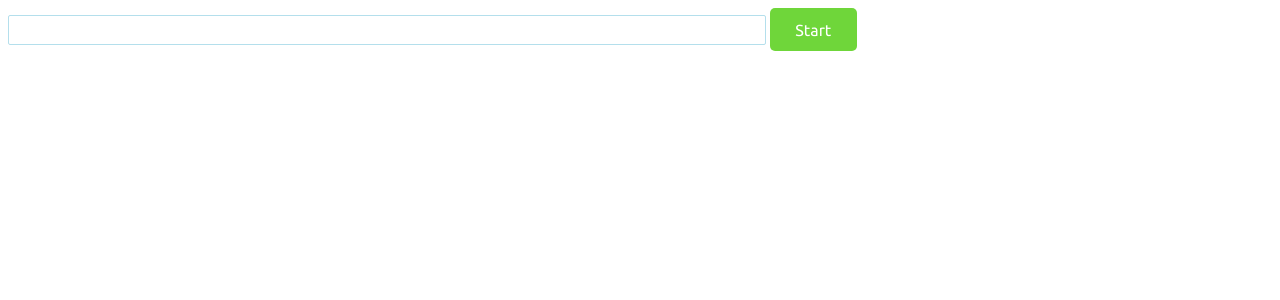
Repository: akshaydongaregit/OnlineChess
Page: view/login.html
The author's editor kept a copy of each file at every save. The page is drawn from the files as they stood at one save, then again after the next save.
The browser window is 1280 px wide. The pictures show the whole page.

Above is the page before, as saved 2019-10-06 17:56:55.

After the next save:
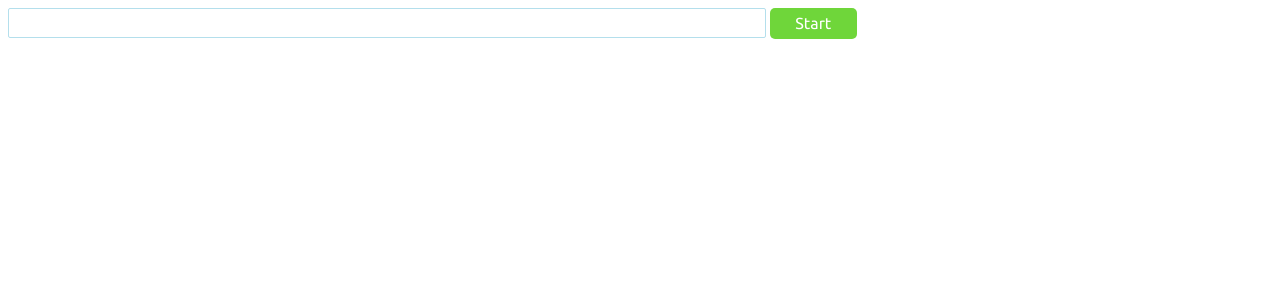
Saved 45 s later.
--- a/css/ui.css
+++ b/css/ui.css
@@ -175,7 +175,7 @@ margin-bottom:5%;
 background: #6fd63a;
 color: white;
 border: 0px solid greenyellow;
-padding: 1%;
+padding: .5%;
 padding-left:2%;
 padding-right:2%;
 border-radius: 5px;
